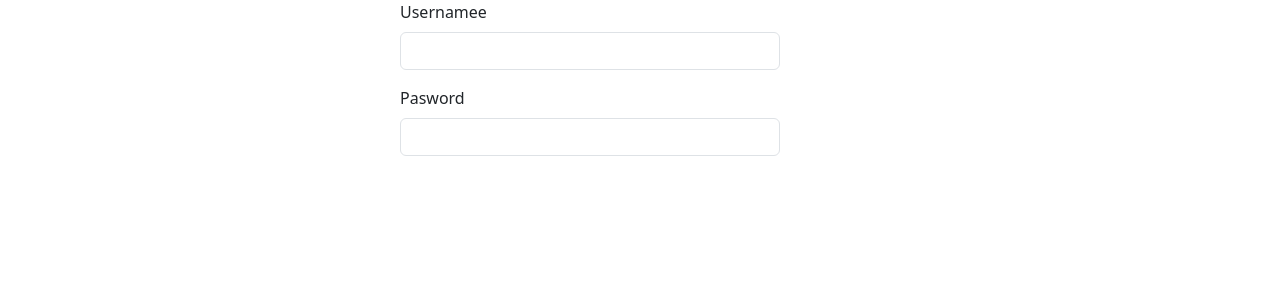
Repository: manit4/cris_batch2
Page: http://localhost/jsp_security/views/index.jsp
The author's editor kept a copy of each file at every save. The page is drawn from the files as they stood at one save, then again after the next save.
The browser window is 1280 px wide. The pictures show the whole page.
The page is served by Tomcat 9. Other server files are loaded and not shown.

Above is the page before, as saved 2024-03-01 05:07:19.

### jsp_security/src/main/webapp/views/index.jsp
<%@ page language="java" contentType="text/html; charset=ISO-8859-1"
	pageEncoding="ISO-8859-1"%>
<!DOCTYPE html>
<html>
<head>
<meta charset="ISO-8859-1">
<title>Insert title here</title>

<link
	href="https://cdn.jsdelivr.net/npm/bootstrap@5.3.3/dist/css/bootstrap.min.css"
	rel="stylesheet"
	integrity="sha384-QWTKZyjpPEjISv5WaRU9OFeRpok6YctnYmDr5pNlyT2bRjXh0JMhjY6hW+ALEwIH"
	crossorigin="anonymous">
</head>
<body>
<div style="margin-left: 400px; margin-right: 500px">
	<div class="mb-3">
		<label class="form-label">Usernamee
			</label> <input type="text" class="form-control">
	</div>
	<div class="mb-3">
		<label class="form-label">Pasword
			</label> <input type="password" class="form-control">
	</div>
	</div>
</body>
</html>

After the next save:
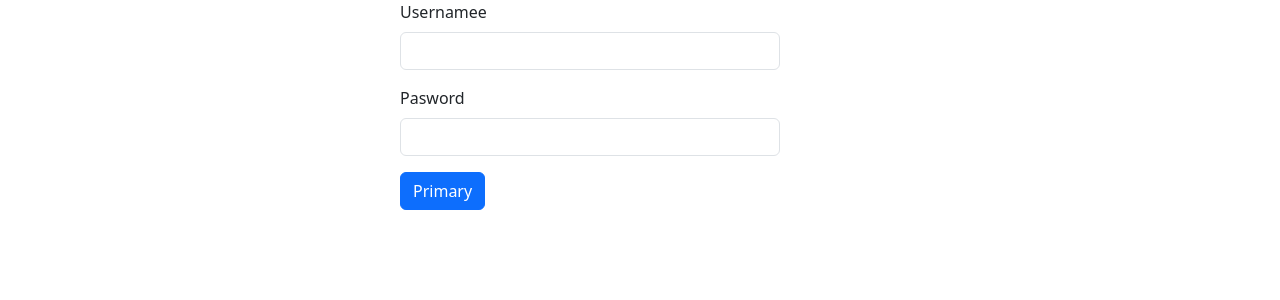
Saved 38 s later.
--- a/jsp_security/src/main/webapp/views/index.jsp
+++ b/jsp_security/src/main/webapp/views/index.jsp
@@ -22,6 +22,7 @@
 		<label class="form-label">Pasword
 			</label> <input type="password" class="form-control">
 	</div>
+	<button type="button" class="btn btn-primary">Primary</button>
 	</div>
 </body>
 </html>
